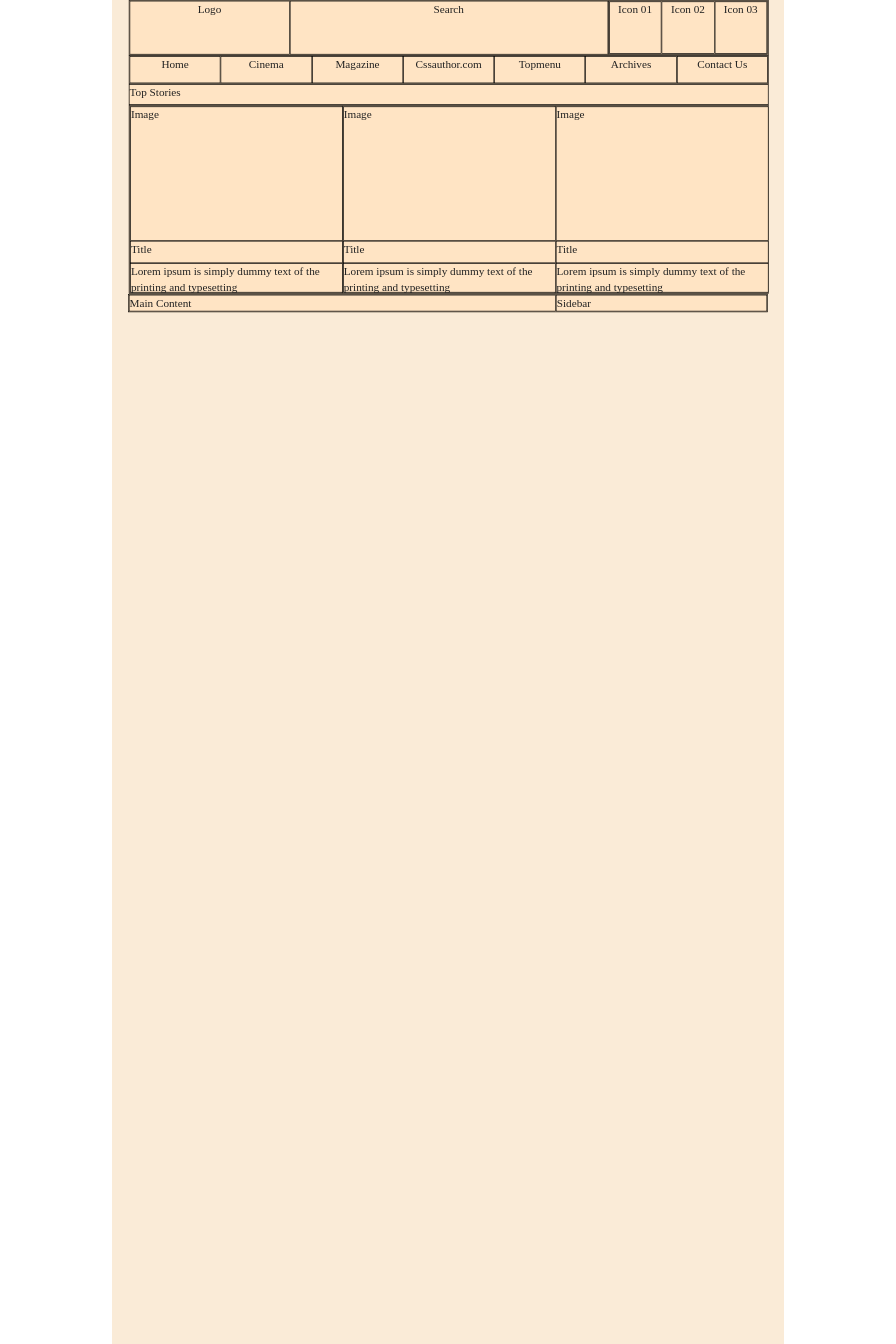
Repository: giovanabirck/cover-magazine-giovanabirck
Page: index.html
The author's editor kept a copy of each file at every save. The page is drawn from the files as they stood at one save, then again after the next save.
The browser window is 1280 px wide. The pictures show the part of the page from y = 0 to 1920 px (the page is 5000 px tall), at 70% of full size.

Above is the page before, as saved 2023-01-14 11:06:39.

After the next save:
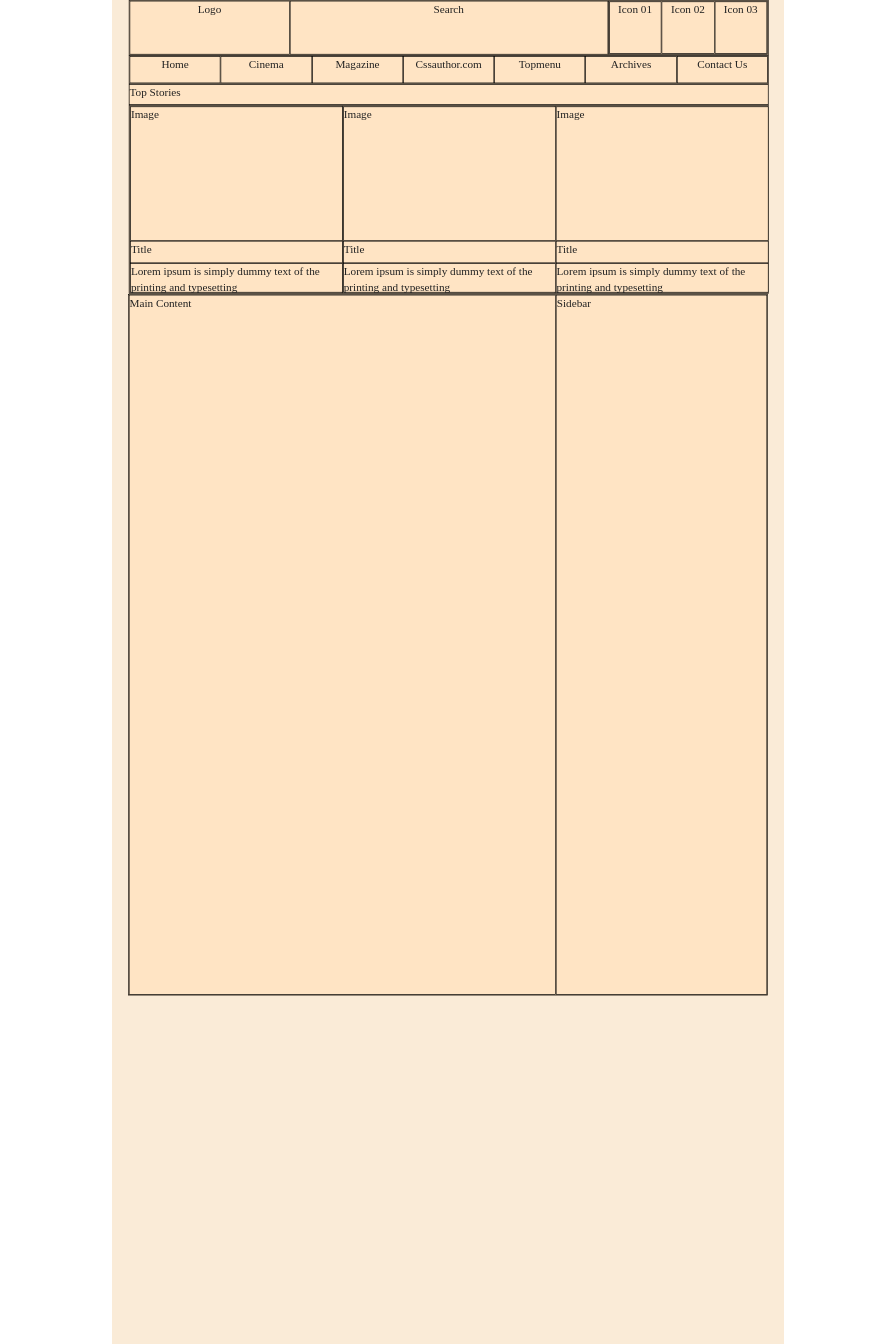
Saved 12 s later.
--- a/css/main.css
+++ b/css/main.css
@@ -385,6 +385,7 @@ textarea {
   background-color: bisque;
   border: solid 1px black;
   width: 95%;
+  height: 1000px;
   display: flex;
 }
 
